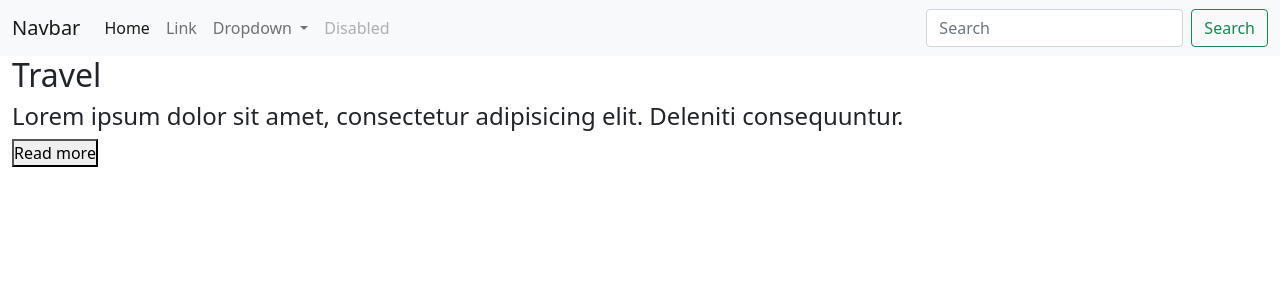
Repository: nptg3105/lab04-landing-page-boostrap5
Page: index.html
These files come from the project's save history. The page is drawn as it stood at one moment and after the next save; the edit follows.
The browser window is 1280 px wide. The pictures show the whole page.

Above is the page before, as saved 2021-12-17 06:21:54.

After the next save:
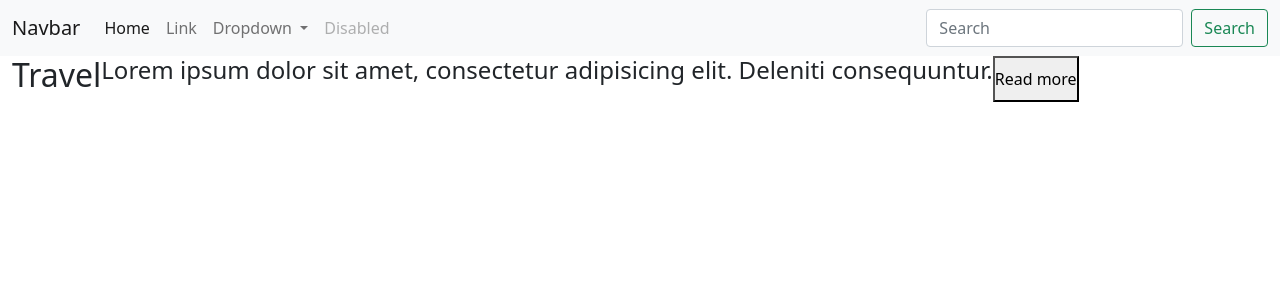
Saved 2 days later.
--- a/index.html
+++ b/index.html
@@ -76,7 +76,7 @@
         </div>
       </nav>
       <div class="hero">
-       <div class="container-fluid">
+       <div class="container-fluid d-flex">
          <h2>Travel</h2>
          <h4>Lorem ipsum dolor sit amet, consectetur adipisicing elit. Deleniti consequuntur.</h4>
          <button>Read more <i class="fa fa-book"></i></button>
